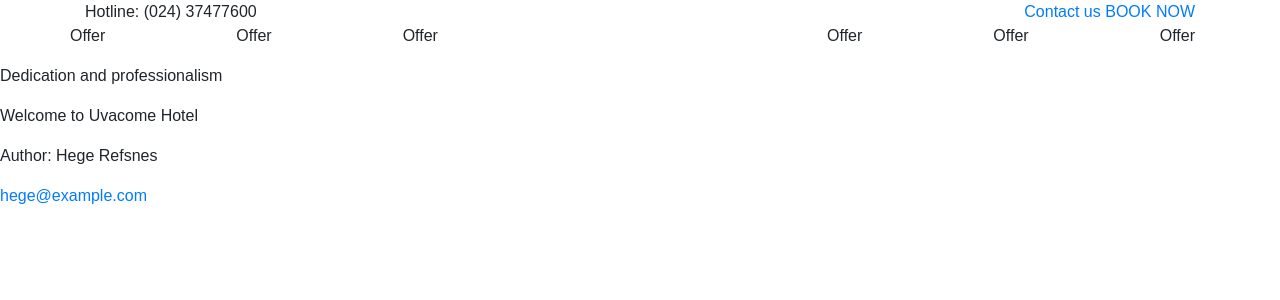
Repository: heishung/project-booking
Page: index.html
These files come from the project's save history. The page is drawn as it stood at one moment and after the next save; the edit follows.
The browser window is 1280 px wide. The pictures show the whole page.
Some web fonts or font styles are not loaded; a fallback is used. The style sheet was rebuilt from its Sass, Less or Tailwind sources for each picture, by a compiler version that may differ from the author's.

Above is the page before, as saved 2020-11-19 23:36:28.
Console error (its wording comes from the project's code and is left out).

After the next save:
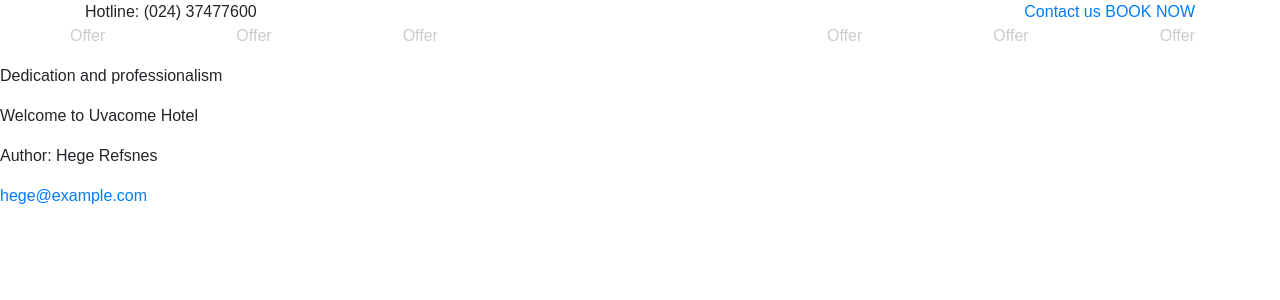
Saved 34 s later.
--- a/index.html
+++ b/index.html
@@ -18,7 +18,7 @@
                 <a href="#">BOOK NOW</a></div>
         </div>
         <div class="banner">
-            <div class="menu ">
+            <div class="menu color-pink1">
                 <ul class="nav container d-flex justify-content-between">
                     <li class="item"><a href="#"> </a>Offer</li>
                     <li class="item"><a href="#"> </a>Offer</li>
